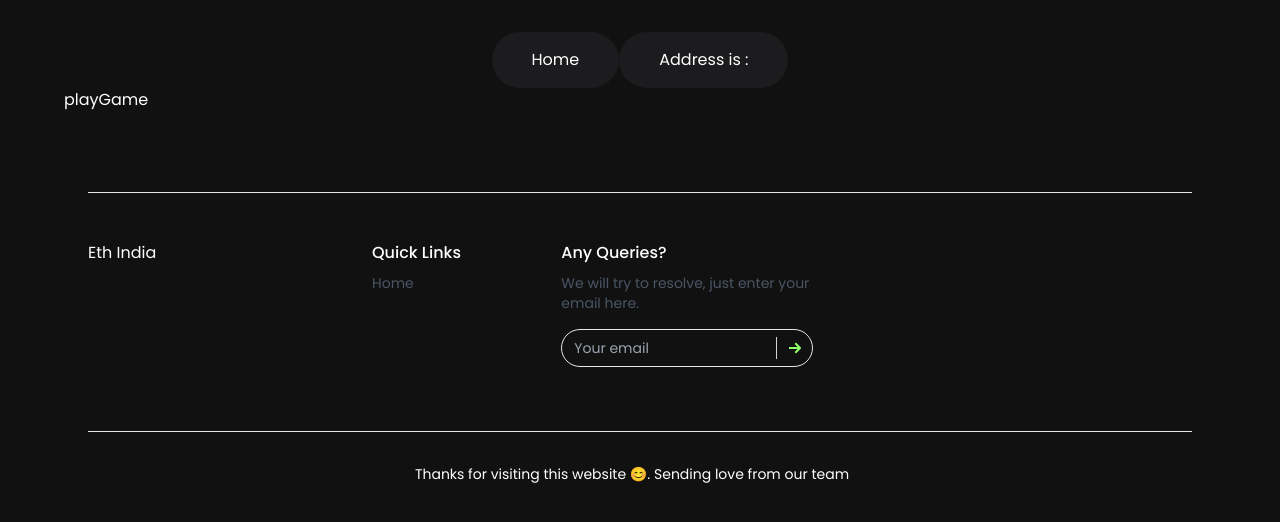
Repository: 0xinit/zkMon
Page: /playgame (app in zkmon-frontend/)
These files come from the project's save history. The page is drawn as it stood at one moment and after the next save; the edit follows.
The browser window is 1280 px wide. The pictures show the whole page.
The project was rebuilt for these pictures with package versions that can differ from the ones it lists, and the page was loaded fresh each time. Also part of the build but not shown: zkmon-frontend/src/pages/Battle.jsx, zkmon-frontend/src/pages/HomePage.jsx.

Above is the page before, as saved 2023-12-09 19:33:10.

### zkmon-frontend/src/index.js
import React from "react";
import ReactDOM from "react-dom/client";
import "./index.css";
import App from "./App";
import reportWebVitals from "./reportWebVitals";
import { Route, BrowserRouter as Router } from "react-router-dom";

const root = ReactDOM.createRoot(document.getElementById("root"));
root.render(
  <React.StrictMode>
    <Router>
      <App />
    </Router>
  </React.StrictMode>
);

// If you want to start measuring performance in your app, pass a function
// to log results (for example: reportWebVitals(console.log))
// or send to an analytics endpoint. Learn more: https://bit.ly/CRA-vitals
reportWebVitals();

### zkmon-frontend/src/index.css
@import url(https://fonts.googleapis.com/css?family=Poppins:100,100italic,200,200italic,300,300italic,regular,italic,500,500italic,600,600italic,700,700italic,800,800italic,900,900italic);

* {
  margin: 0;
  padding: 0;
  box-sizing: border-box;
}

body {
  font-family: "Poppins", sans-serif, -apple-system, BlinkMacSystemFont,
    "Segoe UI", Roboto, Oxygen, Ubuntu, Cantarell, "Open Sans", "Helvetica Neue",
    sans-serif;
  background: #111112;
  color: white;
}

html,
body {
  scroll-behavior: smooth;
  overflow-x: hidden;
}
@tailwind base;
@tailwind components;
@tailwind utilities;

### zkmon-frontend/src/App.js
import React, { useEffect, useState } from "react";
import Navbar from "./components/NavBar";
import { Route, Routes } from "react-router-dom";
import Battle from "./pages/Battle";
import PlayGame from "./pages/PlayGame";
import HomePage from "./pages/HomePage";
import Footer from "./components/Footer";
import {
  contractAddressOfProofOfLocation,
  contractAbiOfProofOfLocation,
  contractAddressOfGameEngine,
  contractAbiOfGameEngine,
} from "./contractConfig.js";
import { useNavigate } from "react-router-dom";
const { ethers } = require("ethers");

const App = () => {
  const [provider, setProvider] = useState(null);
  const [signer, setSigner] = useState(null);
  const [showConnectButton, setShowConnectButton] = useState(false);
  const [contractConfig, setContractConfig] = useState({
    locationContract: null,
    gameEngine: null,
  });
  const navigate = useNavigate();
  const [hasLocationPermission, setHasLocationPermission] = useState(false);
  const [userLocation, setUserLocation] = useState(null);
  const [address, setAddress] = useState("");

  const connectWallet = async () => {
    if (window.ethereum) {
      const provider = new ethers.providers.Web3Provider(window.ethereum);
      setProvider(provider);
      try {
        await provider.send("eth_requestAccounts", []);
        const signer = provider.getSigner();
        setSigner(signer);
        await connectContract(signer);
      } catch (error) {
        console.error(error);
        setShowConnectButton(true);
      }
    } else {
      setShowConnectButton(true);
    }
  };

  const checkAddress = async () => {
    const addr = await signer.getAddress();
    setAddress(addr);
  };

  const connectContract = async (signer) => {
    const proofOfLocationContract = await new ethers.Contract(
      contractAddressOfProofOfLocation,
      contractAbiOfProofOfLocation,
      signer
    );

    const gameEngineContract = await new ethers.Contract(
      contractAddressOfGameEngine,
      contractAbiOfGameEngine,
      signer
    );

    setContractConfig({
      locationContract: proofOfLocationContract,
      gameEngine: gameEngineContract,
    });
  };

  const checkConnections = async () => {
    await connectWallet();
    await requestLocationPermission();
  };

  useEffect(() => {
    if (window.ethereum) {
      checkConnections();
    } else {
      setShowConnectButton(true);
    }
  }, []);

  const requestLocationPermission = () => {
    if ("geolocation" in navigator) {
      navigator.geolocation.getCurrentPosition(
        (position) => {
          setUserLocation([
            position.coords.latitude,
            position.coords.longitude,
          ]);
          setHasLocationPermission(true);
        },
        (error) => {
          console.error("Error getting user location:", error);
          setHasLocationPermission(false);
        }
      );
    } else {
    }
  };

  useEffect(() => {
    connectWallet();
  }, []);

  return (
    <div className="px-8 md:px-16">
      <Navbar signer={(connectWallet, signer, address)} />
      <div>
        <Routes>
          <Route
            path="/"
            element={<HomePage checkConnections={checkConnections} />}
          />
          <Route path="/battle" element={<Battle />} />
          <Route path="/playgame" element={<PlayGame />} />
        </Routes>
      </div>
      <Footer />
    </div>
  );
};

export default App;

### zkmon-frontend/src/components/NavBar.jsx
import React, { useState, useEffect } from "react";
import { BiMenuAltRight } from "react-icons/bi";
import { Link } from "react-router-dom";

const Navbar = ({ connectwallet, signer, address }) => {
  const [isMenu, setIsMenu] = useState(false);

  const handleMenu = () => {
    setIsMenu(!isMenu);
  };

  useEffect(() => {}, []);

  return (
    <div>
      {/* desktop */}
      <div className="hidden md:flex md:items-center md:justify-center">
        <ul className="flex gap-14 bg-cardBg p-4 md:mt-8 mt-4 rounded-full px-10">
          <Link to="/">
            <li className="cursor-pointer">Home</li>
          </Link>
        </ul>
        <ul className="flex gap-14 bg-cardBg p-4 md:mt-8 mt-4 rounded-full px-10">
          <p>
            <li className="cursor-pointer"> Address is : {address}</li>
          </p>
        </ul>
      </div>

      {/* mobile */}
      <div
        className="flex md:hidden justify-end mt-6 text-3xl"
        onClick={handleMenu}
      >
        <BiMenuAltRight />
        {isMenu && (
          <div className="absolute top-14 text-base bg-cardBg py-2 px-4 rounded-lg z-50">
            <ul>
              <Link to="/">
                <li className="mt-1">Home</li>
              </Link>
            </ul>
          </div>
        )}
      </div>
    </div>
  );
};

export default Navbar;

### zkmon-frontend/src/pages/PlayGame.jsx
import React from "react";

const PlayGame = () => {
  return <div>playGame</div>;
};

export default PlayGame;

### zkmon-frontend/src/components/Footer.jsx
import React from "react";
import { Link } from "react-router-dom";

const Footer = () => {
  return (
    <footer>
      <div className="mx-auto px-4 sm:px-6 mt-20">
        {/* Top area: Blocks */}
        <div className="grid sm:grid-cols-12 gap-8 py-8 md:py-12 border-t border-gray-200">
          {/* 1st block */}
          <div className="sm:col-span-12 lg:col-span-3">
            <div className="mb-2">
              <p>Eth India</p>
            </div>
          </div>

          {/* 4th block */}
          <div className="sm:col-span-6 md:col-span-3 lg:col-span-2">
            <h6 className="font-medium mb-2">Quick Links</h6>
            <ul className="text-sm">
              <li className="mb-2">
                <Link
                  to="/"
                  className="text-gray-600 hover:text-white transition duration-150 ease-in-out"
                >
                  Home
                </Link>
              </li>
            </ul>
          </div>

          {/* 5th block */}
          <div className="sm:col-span-6 md:col-span-3 lg:col-span-3">
            <h6 className="font-medium mb-2">Any Queries?</h6>
            <p className="text-sm text-gray-600 mb-4">
              We will try to resolve, just enter your email here.
            </p>
            <form>
              <div className="flex flex-wrap mb-4">
                <div className="w-full">
                  <label className="block text-sm sr-only" htmlFor="newsletter">
                    Email
                  </label>
                  <div className="relative flex items-center max-w-xs">
                    <input
                      id="newsletter"
                      type="email"
                      className="form-input w-full text-gray-800 px-3 py-2 pr-12 text-sm bg-transparent border focus:outline-none rounded-full"
                      placeholder="Your email"
                      required
                    />
                    <button
                      type="submit"
                      className="absolute inset-0 left-auto"
                      aria-label="Subscribe"
                    >
                      <span
                        className="absolute inset-0 right-auto w-px -ml-px my-2 bg-gray-300"
                        aria-hidden="true"
                      ></span>
                      <svg
                        className="w-3 h-3 fill-current text-primaryColor mx-3 shrink-0"
                        viewBox="0 0 12 12"
                        xmlns="http://www.w3.org/2000/svg"
                      >
                        <path
                          d="M11.707 5.293L7 .586 5.586 2l3 3H0v2h8.586l-3 3L7 11.414l4.707-4.707a1 1 0 000-1.414z"
                          fillRule="nonzero"
                        />
                      </svg>
                    </button>
                  </div>
                </div>
              </div>
            </form>
          </div>
        </div>

        {/* Bottom area */}
        <div className="flex items-center justify-center py-4 md:py-8 border-t border-gray-200">
          <div className="text-sm text-center mr-4">
            Thanks for visiting this website 😊. Sending love from our team
          </div>
        </div>
      </div>
    </footer>
  );
};

export default Footer;

### zkmon-frontend/src/contractConfig.js
const contractAddressOfProofOfLocation = "";
const contractAddressOfGameEngine = "";

const contractAbiOfProofOfLocation = [];
const contractAbiOfGameEngine = [];

module.exports = {
  contractAddressOfProofOfLocation,
  contractAbiOfProofOfLocation,
  contractAddressOfGameEngine,
  contractAbiOfGameEngine,
};

### zkmon-frontend/tailwind.config.js
/** @type {import('tailwindcss').Config} */
module.exports = {
  content: ["./src/**/*.{js,jsx,ts,tsx}"],
  theme: {
    extend: {
      width: {
        150: "150px",
        190: "190px",
        225: "225px",
        275: "275px",
        300: "300px",
        340: "340px",
        350: "350px",
        375: "375px",
        460: "460px",
        656: "656px",
        880: "880px",
        508: "508px",
      },
      height: {
        80: "80px",
        150: "150px",
        225: "225px",
        300: "300px",
        340: "340px",
        370: "370px",
        420: "420px",
        510: "510px",
        600: "600px",
        650: "650px",
        685: "685px",
        800: "800px",
        "90vh": "90vh",
      },
      minWidth: {
        210: "210px",
        260: "260px",
        350: "350px",
        620: "620px",
      },
      screens: {
        xsm: "365px",
        sm: "640px",
        md: "768px",
        lg: "1024px",
        xl: "1280px",
        "2xl": "1536px",
      },
      lineHeight: {
        tight: "1.2", // Adjust the value as needed
      },
      colors: {
        cardBg: "#1C1C1E",
        primaryColor: "#8FFF6A",
        backgroundColor: "#111112",
        subtitleColor: "#515151",
      },
    },
  },
  plugins: [],
};

Loaded but not shown: zkmon-frontend/public/index.html (common file); zkmon-frontend/src/reportWebVitals.js (common file)

After the next save:
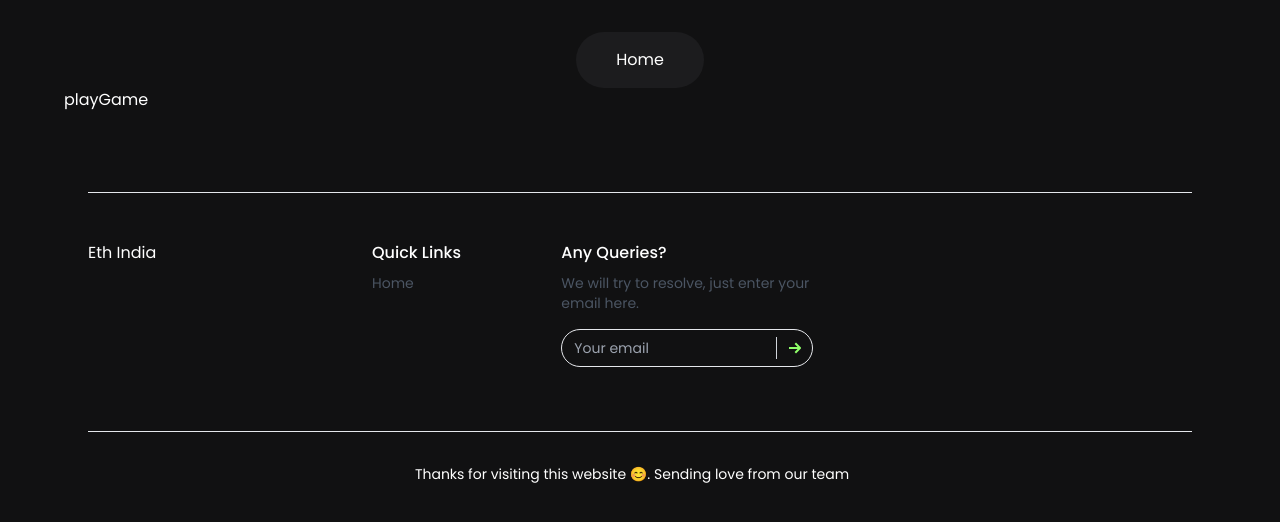
Saved 31 s later.
--- a/zkmon-frontend/src/components/NavBar.jsx
+++ b/zkmon-frontend/src/components/NavBar.jsx
@@ -19,11 +19,6 @@
           <Link to="/">
             <li className="cursor-pointer">Home</li>
           </Link>
-        </ul>
-        <ul className="flex gap-14 bg-cardBg p-4 md:mt-8 mt-4 rounded-full px-10">
-          <p>
-            <li className="cursor-pointer"> Address is : {address}</li>
-          </p>
         </ul>
       </div>
 
